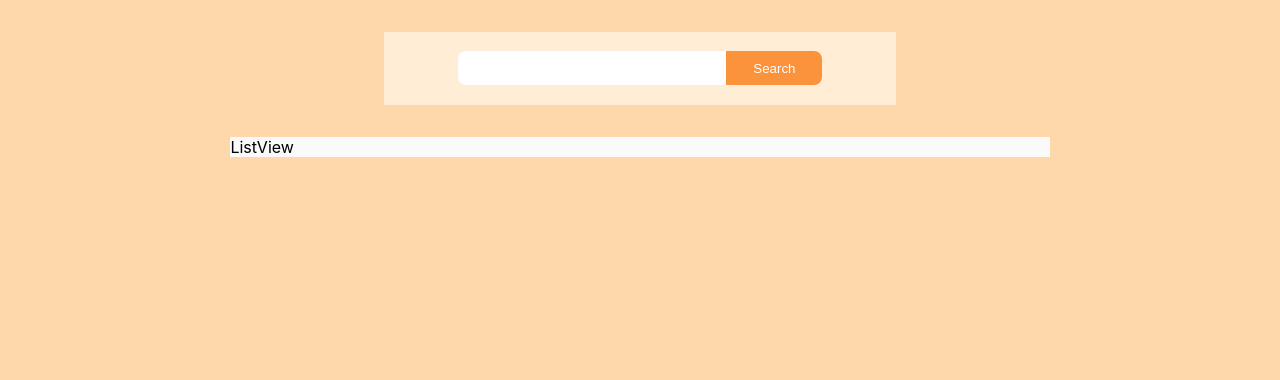
Repository: sandipkarmokar/recipeApp
Page: /
The author's editor kept a copy of each file at every save. The page is drawn from the files as they stood at one save, then again after the next save.
The browser window is 1280 px wide. The pictures show the whole page.
The project was rebuilt for these pictures with package versions that can differ from the ones it lists, and the page was loaded fresh each time.

Above is the page before, as saved 2022-04-16 12:02:44.

After the next save:
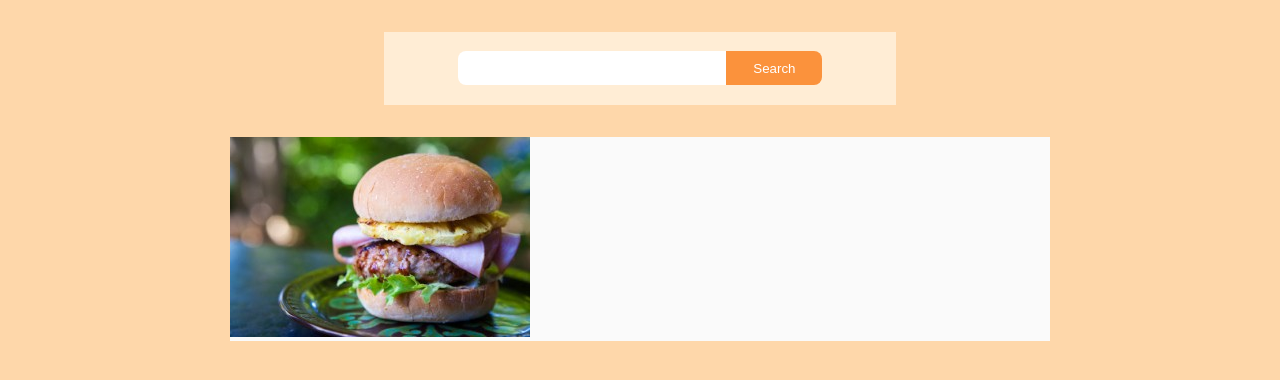
Saved 41 s later.
--- a/src/components/listView.js
+++ b/src/components/listView.js
@@ -5,7 +5,11 @@ import image from '../components/food.jpg';
 const data = [{ id: 1, img: image }];
 
 const ListView = () => {
-    return <div>ListView</div>;
+    return (
+        <>
+            <img src={image} alt="" />
+        </>
+    );
 };
 
 export default ListView;
